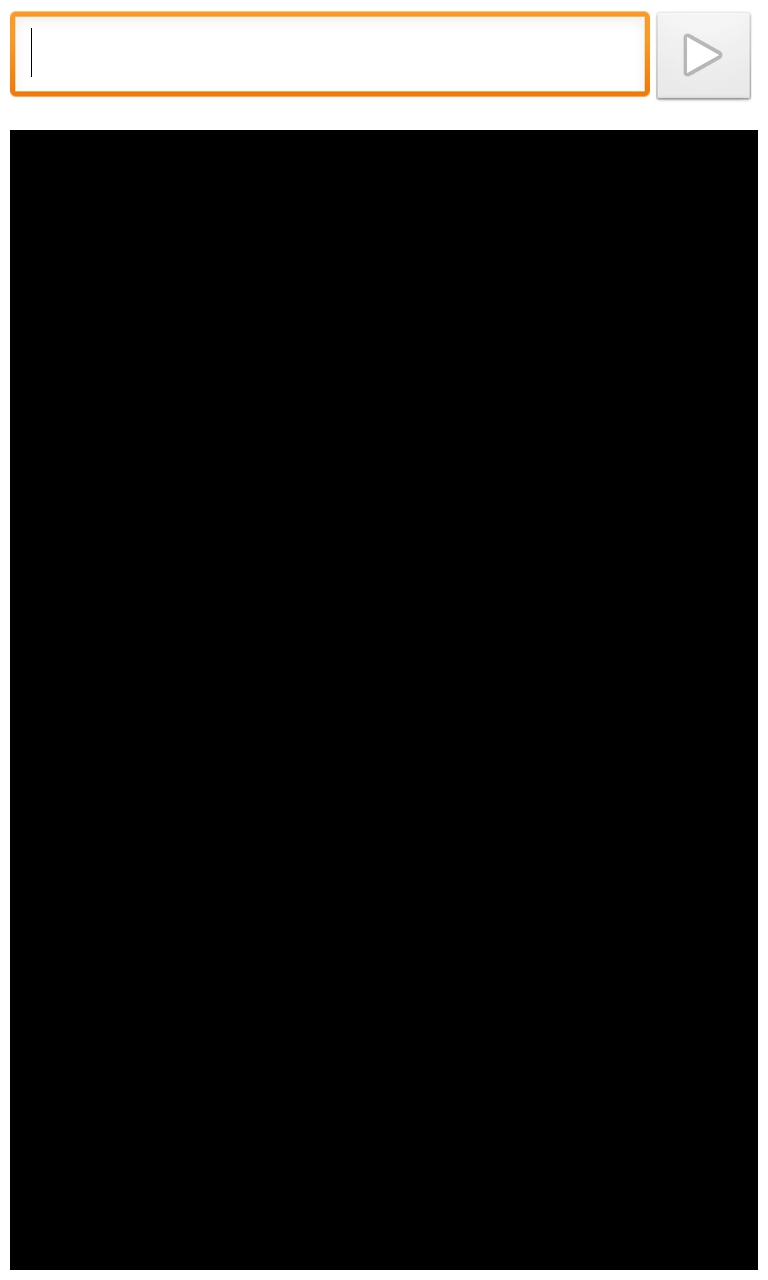
Repository: jonatansantos/Android-Server-Status
Layout: desarrollo/ModuloSSH/res/layout/consola.xml
An editor plug-in stored every save of this project. The layout is shown before and after the next save, followed by the edit.
It is drawn on a 768 x 1280 px phone screen (xhdpi) without system bars, with theme android:Theme.Light; the app's code is not run.

Above is the layout before, as saved 2012-03-23 21:26:37.

### desarrollo/ModuloSSH/res/layout/consola.xml
<?xml version="1.0" encoding="utf-8"?>
<LinearLayout xmlns:android="http://schemas.android.com/apk/res/android"
    android:layout_width="match_parent"
    android:layout_height="match_parent"
    android:orientation="vertical" >



    <LinearLayout
        android:id="@+id/linearLayout1"
        android:layout_width="match_parent"
        android:layout_height="wrap_content"
        android:layout_margin="5dp"
        android:orientation="horizontal" >


        <EditText
            android:id="@+id/et_consola_comando"
            android:layout_width="match_parent"
            android:layout_height="wrap_content"
            android:layout_weight="1" >

            <requestFocus />
        </EditText>


        <ImageButton
            android:id="@+id/ib_consola_run"
            android:layout_width="wrap_content"
            android:layout_height="wrap_content"
            android:src="@android:drawable/ic_media_play" />

    </LinearLayout>




    <EditText
        android:id="@+id/et_consola_resultado"
        android:layout_width="match_parent"
        android:layout_height="match_parent"
        android:layout_margin="5dp"
        android:background="#000000"
        android:inputType="textMultiLine"
        android:textColor="#FFFFFF"
         />


</LinearLayout>

After the next save:
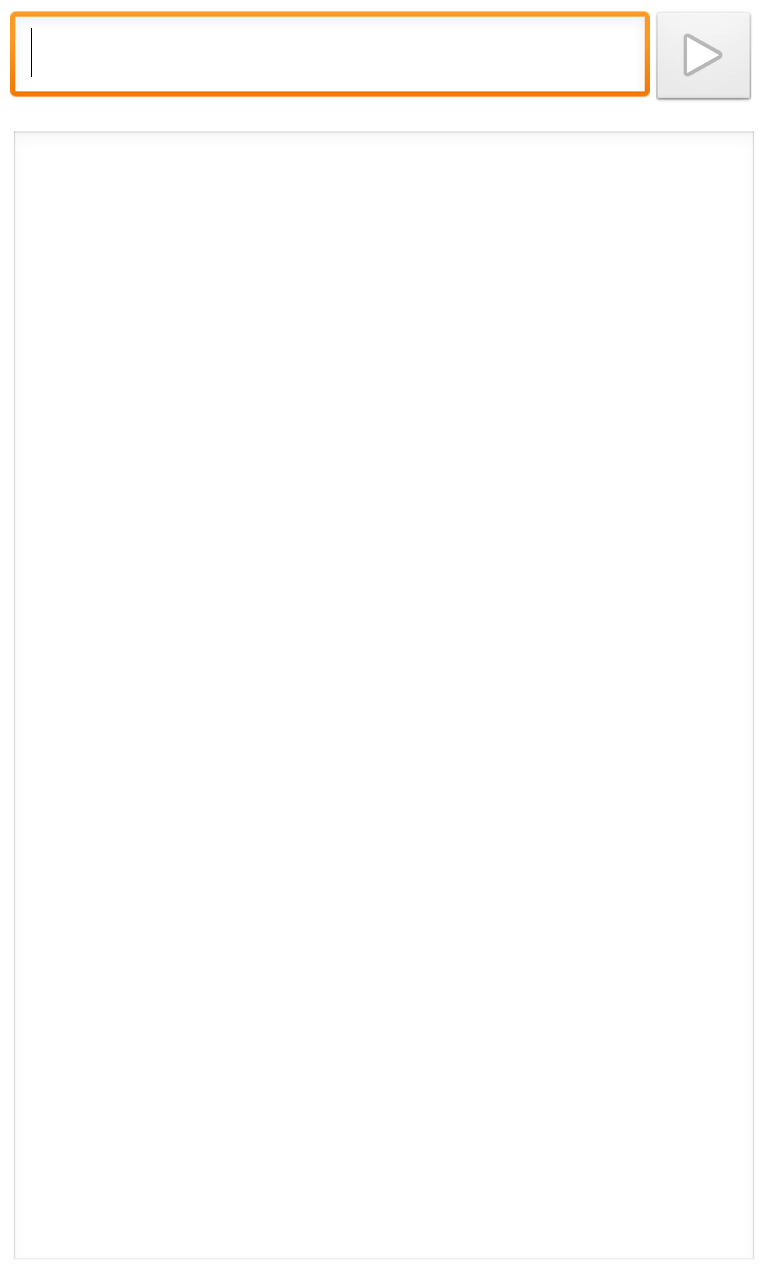
Saved 73 s later.
--- a/desarrollo/ModuloSSH/res/layout/consola.xml
+++ b/desarrollo/ModuloSSH/res/layout/consola.xml
@@ -40,9 +40,9 @@
         android:layout_width="match_parent"
         android:layout_height="match_parent"
         android:layout_margin="5dp"
-        android:background="#000000"
+
         android:inputType="textMultiLine"
-        android:textColor="#FFFFFF"
+
          />
 
 

After the save that followed:
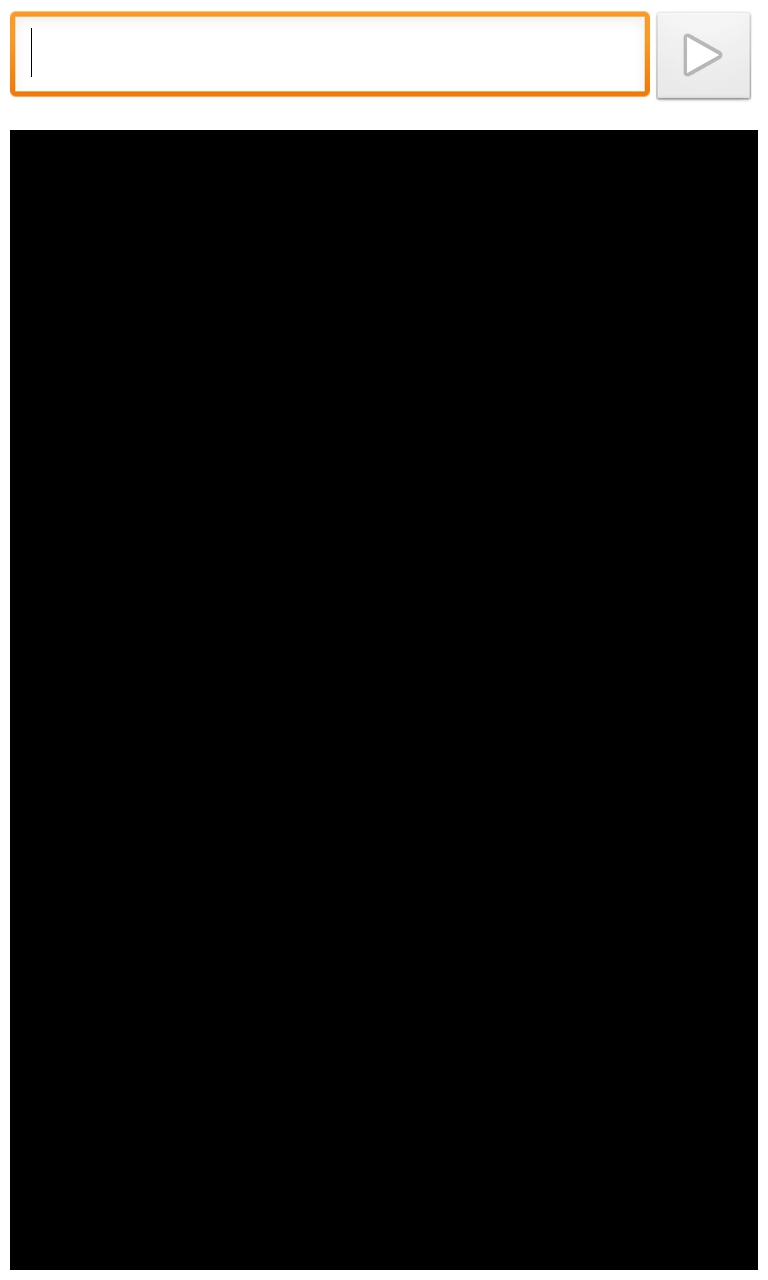
Saved 9 min 50 s later.
--- a/desarrollo/ModuloSSH/res/layout/consola.xml
+++ b/desarrollo/ModuloSSH/res/layout/consola.xml
@@ -40,6 +40,8 @@
         android:layout_width="match_parent"
         android:layout_height="match_parent"
         android:layout_margin="5dp"
+        android:textSize="5dp"
+        android:background="#000000"
 
         android:inputType="textMultiLine"
 
